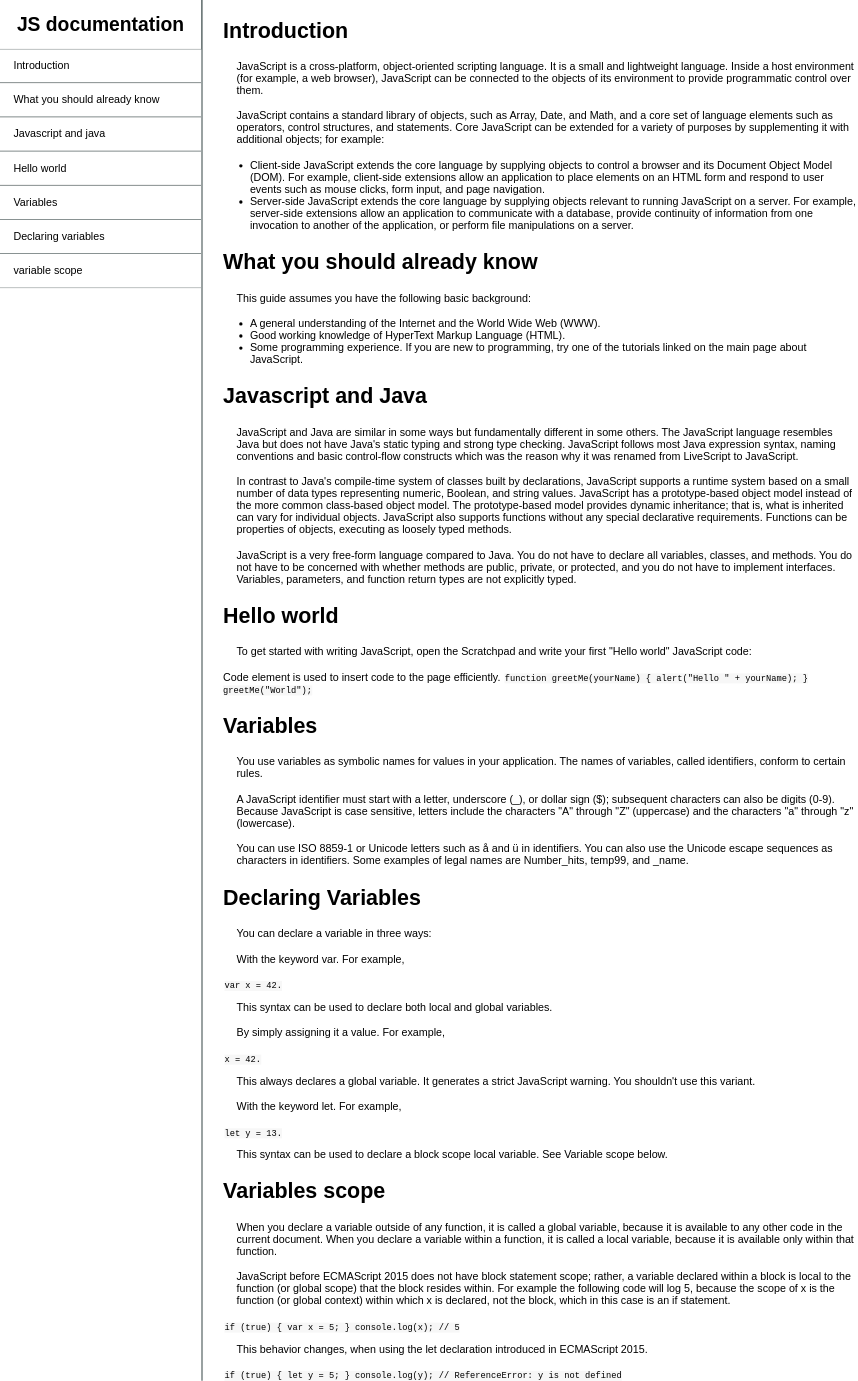
Repository: Pafestivo/Technical-documentation
Page: index.html
These files come from the project's save history. The page is drawn as it stood at one moment and after the next save; the edit follows.
The browser window is 1280 px wide. The pictures show the whole page, at 67% of full size.

Above is the page before, as saved 2022-09-07 14:03:31.

### index.html
<!DOCTYPE html>
<html lang="en">
<head>
    <meta charset="UTF-8">
    <meta name="viewport" content="width=device-width, initial-scale=1.0">
    <link rel="stylesheet" href="styles.css">
    <title>Technical Documentation Page</title>
</head>
<body>
  <nav id="navbar">
    <header>
      <h1>JS documentation</h1>
    </header>
    <ul>
      <li><a id="nav-link" href="#introduction">Introduction</a></li>
      <li><a id="nav-link" href="#what_you_should_already_know">What you should already know</a></li>
      <li><a id="nav-link" href="#javascript_and_Java">Javascript and java</a></li>
      <li><a id="nav-link" href="#hello_world">Hello world</a></li>
      <li><a id="nav-link" href="#variables">Variables</a></li>
      <li><a id="nav-link" href="#declaring_variables">Declaring variables</a></li>
      <li><a id="nav-link" href="#variable_scope">variable scope</a></li>
    </ul>
  </nav>
  <main id="main-doc">
    <section id="introduction" class="main-section">
      <h1>Introduction</h1>

      <p>JavaScript is a cross-platform, object-oriented scripting language. It is a small and lightweight language. Inside a host environment (for example, a web browser), JavaScript can be connected to the objects of its environment to provide programmatic control over them.</p>

      <p>JavaScript contains a standard library of objects, such as Array, Date, and Math, and a core set of language elements such as operators, control structures, and statements. Core JavaScript can be extended for a variety of purposes by supplementing it with additional objects; for example:</p>

      <ul>
        <li>Client-side JavaScript extends the core language by supplying objects to control a browser and its Document Object Model (DOM). For example, client-side extensions allow an application to place elements on an HTML form and respond to user events such as mouse clicks, form input, and page navigation.</li>
        <li>Server-side JavaScript extends the core language by supplying objects relevant to running JavaScript on a server. For example, server-side extensions allow an application to communicate with a database, provide continuity of information from one invocation to another of the application, or perform file manipulations on a server.</li>
      </ul>
    </section>

    <section id="what_you_should_already_know" class="main-section">
        <h1>What you should already know</h1>

        <p>This guide assumes you have the following basic background:</p>

        <ul>
          <li>A general understanding of the Internet and the World Wide Web (WWW).</li>
          <li>Good working knowledge of HyperText Markup Language (HTML).</li>
          <li>Some programming experience. If you are new to programming, try one of the tutorials linked on the main page about JavaScript.</li>
        </ul>
      </section>

      <section id="javascript_and_Java" class="main-section">
        <h1>Javascript and Java</h1>

        <p>JavaScript and Java are similar in some ways but fundamentally different in some others. The JavaScript language resembles Java but does not have Java's static typing and strong type checking. JavaScript follows most Java expression syntax, naming conventions and basic control-flow constructs which was the reason why it was renamed from LiveScript to JavaScript.</p>

        <p>In contrast to Java's compile-time system of classes built by declarations, JavaScript supports a runtime system based on a small number of data types representing numeric, Boolean, and string values. JavaScript has a prototype-based object model instead of the more common class-based object model. The prototype-based model provides dynamic inheritance; that is, what is inherited can vary for individual objects. JavaScript also supports functions without any special declarative requirements. Functions can be properties of objects, executing as loosely typed methods.</p>

        <p>JavaScript is a very free-form language compared to Java. You do not have to declare all variables, classes, and methods. You do not have to be concerned with whether methods are public, private, or protected, and you do not have to implement interfaces. Variables, parameters, and function return types are not explicitly typed.</p>
      </section>

      <section id="hello_world" class="main-section">
        <h1>Hello world</h1>
        <p>To get started with writing JavaScript, open the Scratchpad and write your first "Hello world" JavaScript code:</p>

        Code element is used to insert code to the page efficiently.
        <code>
            function greetMe(yourName) { alert("Hello " + yourName); }
            greetMe("World");
        </code>
      </section>

      <section id="variables" class="main-section">
        <h1>Variables</h1>

        <p>You use variables as symbolic names for values in your application. The names of variables, called identifiers, conform to certain rules.</p>

        <p>A JavaScript identifier must start with a letter, underscore (_), or dollar sign ($); subsequent characters can also be digits (0-9). Because JavaScript is case sensitive, letters include the characters "A" through "Z" (uppercase) and the characters "a" through "z" (lowercase).</p>

        <p>You can use ISO 8859-1 or Unicode letters such as å and ü in identifiers. You can also use the Unicode escape sequences as characters in identifiers. Some examples of legal names are Number_hits, temp99, and _name.</p>
      </section>

      <section id="declaring_variables" class="main-section">
        <h1>Declaring Variables</h1>

        <p>You can declare a variable in three ways:</p>

        <p>With the keyword var. For example,</p>
        <code>
            var x = 42.
        </code>

        <p>This syntax can be used to declare both local and global variables.</p>

        <p>By simply assigning it a value. For example,</p>
        <code>
            x = 42.
        </code>

        <p>This always declares a global variable. It generates a strict JavaScript warning. You shouldn't use this variant.</p>

        <p>With the keyword let. For example,</p>
        <code>
            let y = 13.
        </code>

        <p>This syntax can be used to declare a block scope local variable. See Variable scope below.</p>
      </section>

      <section id="variable_scope" class="main-section">
        <h1>Variables scope</h1>

        <p>When you declare a variable outside of any function, it is called a global variable, because it is available to any other code in the current document. When you declare a variable within a function, it is called a local variable, because it is available only within that function.</p>

        <p>JavaScript before ECMAScript 2015 does not have block statement scope; rather, a variable declared within a block is local to the function (or global scope) that the block resides within. For example the following code will log 5, because the scope of x is the function (or global context) within which x is declared, not the block, which in this case is an if statement.</p>
        <code>
            if (true) { var x = 5; } console.log(x); // 5
        </code>

        <p>This behavior changes, when using the let declaration introduced in ECMAScript 2015.</p>
        <code>
            if (true) { let y = 5; } console.log(y); // ReferenceError: y is
not defined
        </code>
  </main>

</body>
</html>

### styles.css
html {
  box-sizing: border-box;
  scroll-behavior: smooth;
}

body {
  font-family: sans-serif;
  display: flex;
  padding: 0;
  margin: 0;
  min-width: 290px;
}

/* Navigation bar  */
#navbar {
  border-right: solid;
  border-color: rgba(0, 22, 22, 0.4);
  min-width: 300px;
}

#navbar header {
  margin: -1px;
}

#navbar header h1{
  margin: 0;
  padding: 20px;
  font-size: 1.8rem;
  border: 1px solid rgba(0, 22, 22, 0.4);
  text-align: center;
}

#navbar ul {
  list-style: none;
  height: 90%;
  margin: 0;
  padding: 0;
  overflow-y: auto;
  overflow-x: hidden;
}

#navbar ul li {
  margin: -1px;
}

#navbar ul a {
  /* used flex to align the text vertically. */
  display: flex;
  align-items: center;
  text-decoration: none;
  color: #000;
  height: 50px;
  padding-left: 20px;
  border: 1px solid rgba(0, 22, 22, 0.4);
}

#navbar ul a:hover {
  transform: scale(1.01);
  border-color: transparent;
}
/* Navigation bar end  */

/* Main area */
#main-doc {
  margin-left: 30px;
}

#main-doc h1 {
  font-size: 2rem;
}

p {
  margin-bottom: 20px;
  margin-left: 20px;
}

code {
  background-color: #f7f7f7;
  margin: 2px;
}
/* Main area end */

After the next save:
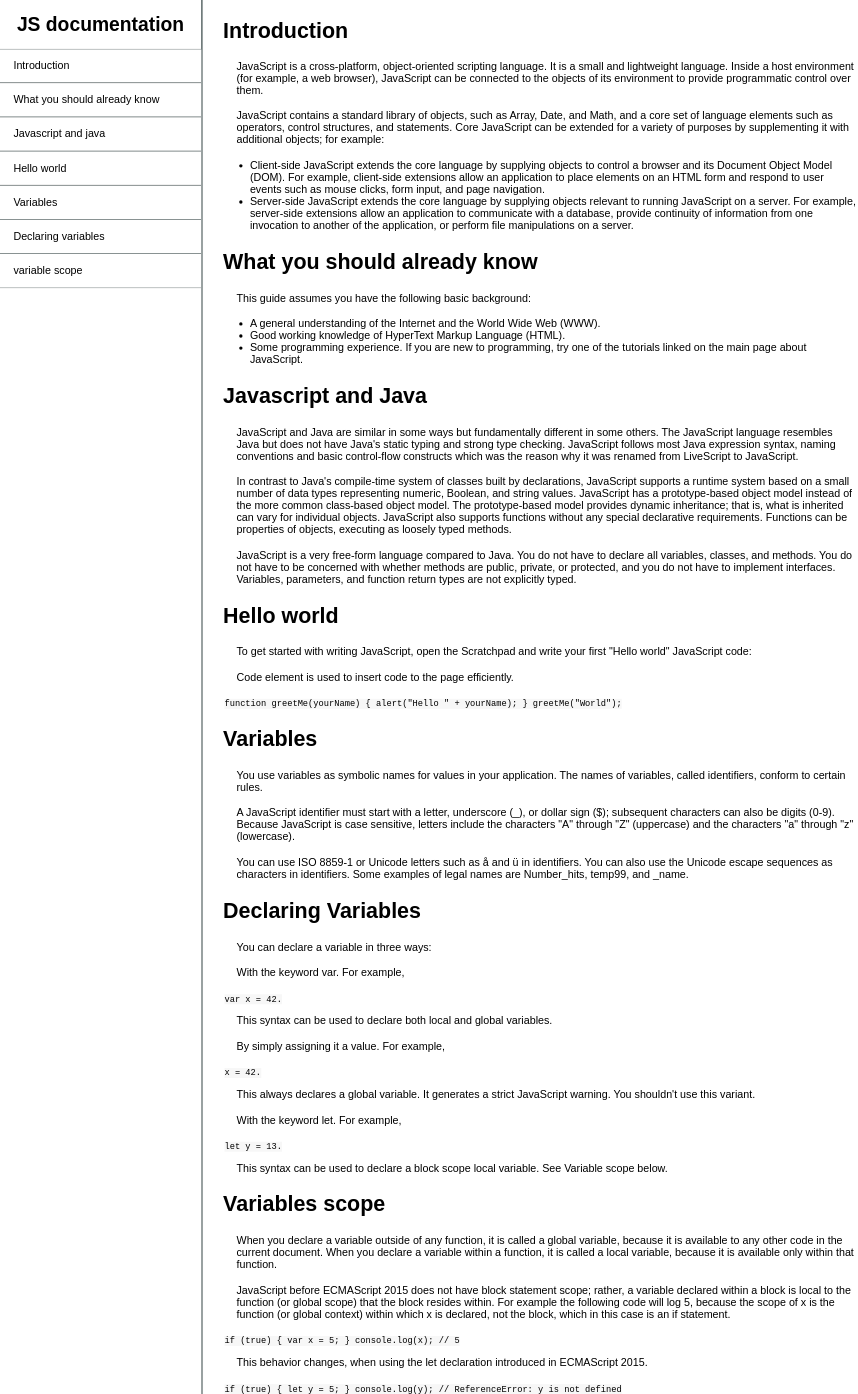
Saved 38 s later.
--- a/index.html
+++ b/index.html
@@ -61,7 +61,7 @@
         <h1>Hello world</h1>
         <p>To get started with writing JavaScript, open the Scratchpad and write your first "Hello world" JavaScript code:</p>
 
-        Code element is used to insert code to the page efficiently.
+        <p>Code element is used to insert code to the page efficiently.</p>
         <code>
             function greetMe(yourName) { alert("Hello " + yourName); }
             greetMe("World");
